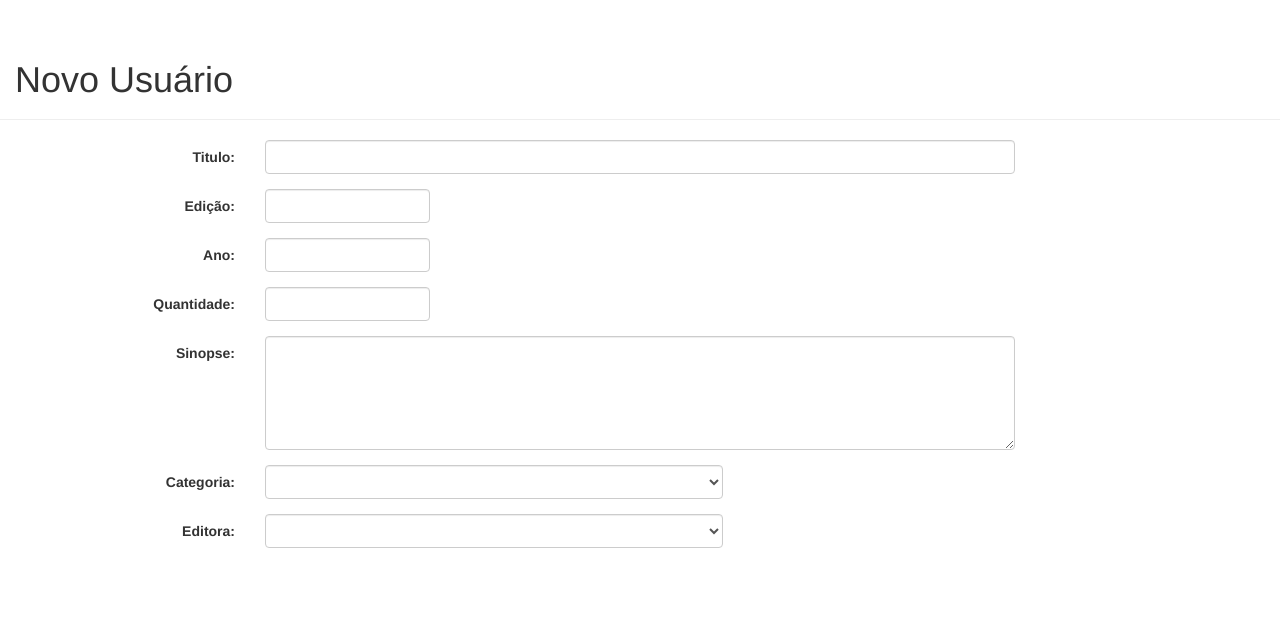
Repository: stefanyco/biblioteca
Page: http://localhost/Biblioteca/livroAdicionar.jsp
The author's editor kept a copy of each file at every save. The page is drawn from the files as they stood at one save, then again after the next save.
The browser window is 1280 px wide. The pictures show the whole page.
The page is served by Tomcat 9. Queries for data that is not in the repository find no rows.

Above is the page before, as saved 2016-11-07 22:14:59.

After the next save:
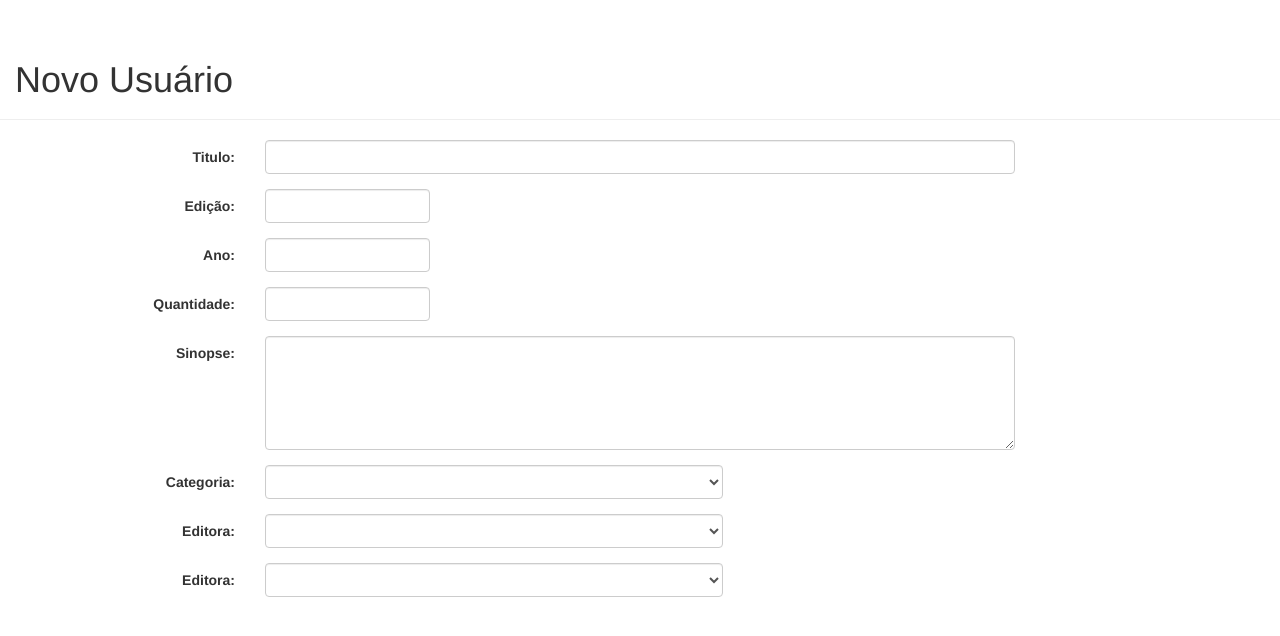
Saved 60 s later.
--- a/Sistema Biblioteca/Biblioteca/WebContent/livroAdicionar.jsp
+++ b/Sistema Biblioteca/Biblioteca/WebContent/livroAdicionar.jsp
@@ -89,6 +89,13 @@
 								</select>
 							</div>
 					</div>
+					<div class="form-group">
+						<label for="editora" class="col-xs-2 control-label">Editora:</label>
+							<div class="col-xs-5">
+								<select class="form-control" name="idEditora">
+								</select>
+							</div>
+					</div>
 				</form>
 			</div>
 		</div>
